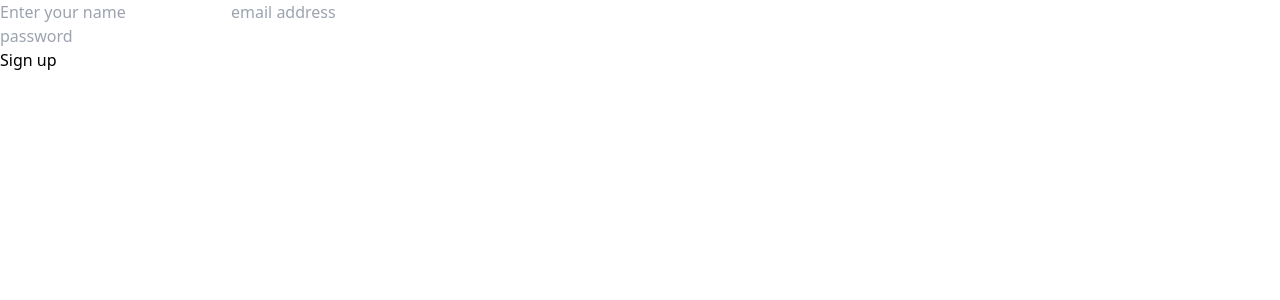
Repository: miraclesamson/e-commerce
Page: /
An editor plug-in stored every save of this project. The page is shown before and after the next save, followed by the edit.
The browser window is 1280 px wide. The pictures show the whole page.
The page's requests for data from a server got no answer. Some web libraries are served in a nearby version. The project was rebuilt for these pictures with package versions that can differ from the ones it lists, and the page was loaded fresh each time. No one was signed in, and anything a server would have sent is missing.

Above is the page before, as saved 2022-09-02 18:48:46.

### public/index.html
<!DOCTYPE html>
<html lang="en">

<head>
  <meta charset="utf-8" />
  <link rel="icon" href="%PUBLIC_URL%/favicon.ico" />
  <meta name="viewport" content="width=device-width, initial-scale=1" />
  <meta name="theme-color" content="#000000" />
  <meta name="description" content="Web site created using create-react-app" />
  <link rel="apple-touch-icon" href="%PUBLIC_URL%/logo192.png" />
  <!--
      manifest.json provides metadata used when your web app is installed on a
      user's mobile device or desktop. See https://developers.google.com/web/fundamentals/web-app-manifest/
    -->
  <link rel="manifest" href="%PUBLIC_URL%/manifest.json" />
  <!--
      Notice the use of %PUBLIC_URL% in the tags above.
      It will be replaced with the URL of the `public` folder during the build.
      Only files inside the `public` folder can be referenced from the HTML.

      Unlike "/favicon.ico" or "favicon.ico", "%PUBLIC_URL%/favicon.ico" will
      work correctly both with client-side routing and a non-root public URL.
      Learn how to configure a non-root public URL by running `npm run build`.
    -->
  <title>React App</title>
  <script src="https://kit.fontawesome.com/2345683446.js" crossorigin="anonymous"></script>
</head>

<body>
  <noscript>You need to enable JavaScript to run this app.</noscript>
  <div id="root"></div>
  <!--
      This HTML file is a template.
      If you open it directly in the browser, you will see an empty page.

      You can add webfonts, meta tags, or analytics to this file.
      The build step will place the bundled scripts into the <body> tag.

      To begin the development, run `npm start` or `yarn start`.
      To create a production bundle, use `npm run build` or `yarn build`.
    -->
</body>

</html>

### src/App.js
import React, { useEffect, useState } from "react";

import { fireAuth } from "./firebase";
import Signup from "./pages/Signup";

function App() {
  const [user, setUser] = useState();

  const onAuthStateChange = (user) => {
    setUser(user);
  };

  useEffect(() => {
    const subscriber = fireAuth.onAuthStateChanged(onAuthStateChange);

    // console.log(subscriber);
    return subscriber; // unsubscribe on unmount
  }, []);

  return <Signup />;
}

export default App;

### src/firebase.js
// Import the functions you need from the SDKs you need
import { initializeApp } from "firebase/app";
import { getAnalytics } from "firebase/analytics";
import { getFirestore } from "firebase/firestore";
import { getAuth } from "firebase/auth";

// TODO: Add SDKs for Firebase products that you want to use
// https://firebase.google.com/docs/web/setup#available-libraries

// Your web app's Firebase configuration
// For Firebase JS SDK v7.20.0 and later, measurementId is optional
const firebaseConfig = {
  apiKey: "AIzaSyCPRbN0p39vfpSQbeUfPQqL-eSKSP4enuo",
  authDomain: "e-commerce-fe56b.firebaseapp.com",
  projectId: "e-commerce-fe56b",
  storageBucket: "e-commerce-fe56b.appspot.com",
  messagingSenderId: "989187869030",
  appId: "1:989187869030:web:b68d76a53f95698398e0a7",
  measurementId: "G-1KH0YDN1NY",
};

// Initialize Firebase
export const app = initializeApp(firebaseConfig);
export const analytics = getAnalytics(app);
export const fireStore = getFirestore(app);
export const fireAuth = getAuth(app);

### src/pages/Signup.jsx
import React from "react";
import * as Yup from "yup";
import { useFormik } from "formik";
import { createUserWithEmailAndPassword } from "firebase/auth";

import { fireAuth } from "../firebase";

const validationSchema = Yup.object({
  userName: Yup.string()
    .min(8)
    .label("userName")
    .required("userName")
    .matches(
      /^(?=.*[a-z])(?=.*[A-Z])(?=.*\d)(?=.*[@$!%*?&])[A-Za-z\d@$!%*?&]{6,}$/
    ),
  email: Yup.string()
    .email("Invalid email address")
    .label("Email")
    .required("Email is Required"),
  password: Yup.string()
    .min(8, "Must be 6 characters or more")
    .matches(
      /^(?=.*[a-z])(?=.*[A-Z])(?=.*\d)(?=.*[@$!%*?&])[A-Za-z\d@$!%*?&]{6,}$/,
      "Password must contain at least one lowercase letter, one uppercase letter, one number and one special character"
    )
    .label("Password")
    .required("Password is required"),
});

function Signup() {
  const formik = useFormik({
    initialValues: {
      username: "",
      email: "",
      password: "",
    },
    validationSchema: validationSchema,
    onSubmit: (values) => {
      console.log(values);
      createUserWithEmailAndPassword(
        fireAuth,
        values.username,
        values.email,
        values.password
      )
        .then((userCredential) => {
          // Signed in
          const user = userCredential.user;
          console.log(user);
          // ...
        })
        .catch((error) => {
          const errorCode = error.code;
          const errorMessage = error.message;
          console.log(errorMessage);
          // ..
        });
    },
  });

  return (
    <div className="flex flex-col gap-2">
      <div className="bg-white w-[500px] h-[316px] drop-shadow-xl rounded-xl px-3">
        <form onSubmit={formik.handleSubmit} className="w-full">
          <div className="mb-4 mt-4">
            <input
              type="text"
              className="form-control"
              placeholder="Enter your name"
              onChange={formik.handleSubmit}
            />
            <input
              id="email"
              type="text"
              {...formik.getFieldProps("email")}
              placeholder="email address"
              className="h-[50px] p-4 w-full border-2 rounded-[5px] mt-4"
            />
            {formik.touched.email && formik.errors.email ? (
              <div>{formik.errors.email}</div>
            ) : null}
          </div>

          <div className="mb-4">
            <input
              id="password"
              type="text"
              placeholder="password"
              {...formik.getFieldProps("password")}
              className="h-[50px] p-4 w-full border-2 rounded-[5px] mt-4"
            />
            {formik.touched.password && formik.errors.password ? (
              <div>{formik.errors.password}</div>
            ) : null}
          </div>

          <button
            type="submit"
            className="bg-blue-500 w-full h-[50px] rounded-[5px] text-white font-medium text-[24px]"
          >
            Sign up
          </button>
        </form>
      </div>
    </div>
  );
}
export default Signup;

Loaded but not shown: src/index.js (common file); src/index.css (common file); src/reportWebVitals.js (common file); tailwind.config.js (common file)

After the next save:
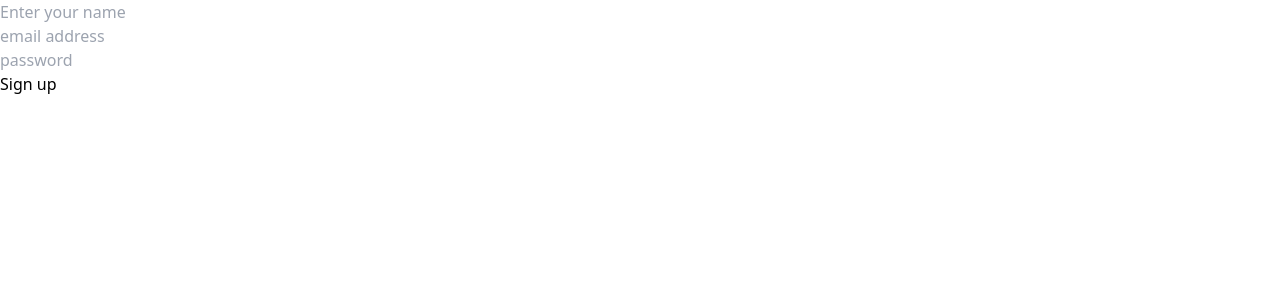
Saved 71 s later.
--- a/src/pages/Signup.jsx
+++ b/src/pages/Signup.jsx
@@ -69,6 +69,8 @@ function Signup() {
               placeholder="Enter your name"
               onChange={formik.handleSubmit}
             />
+          </div>
+          <div className="mb-4 mt-4">
             <input
               id="email"
               type="text"
